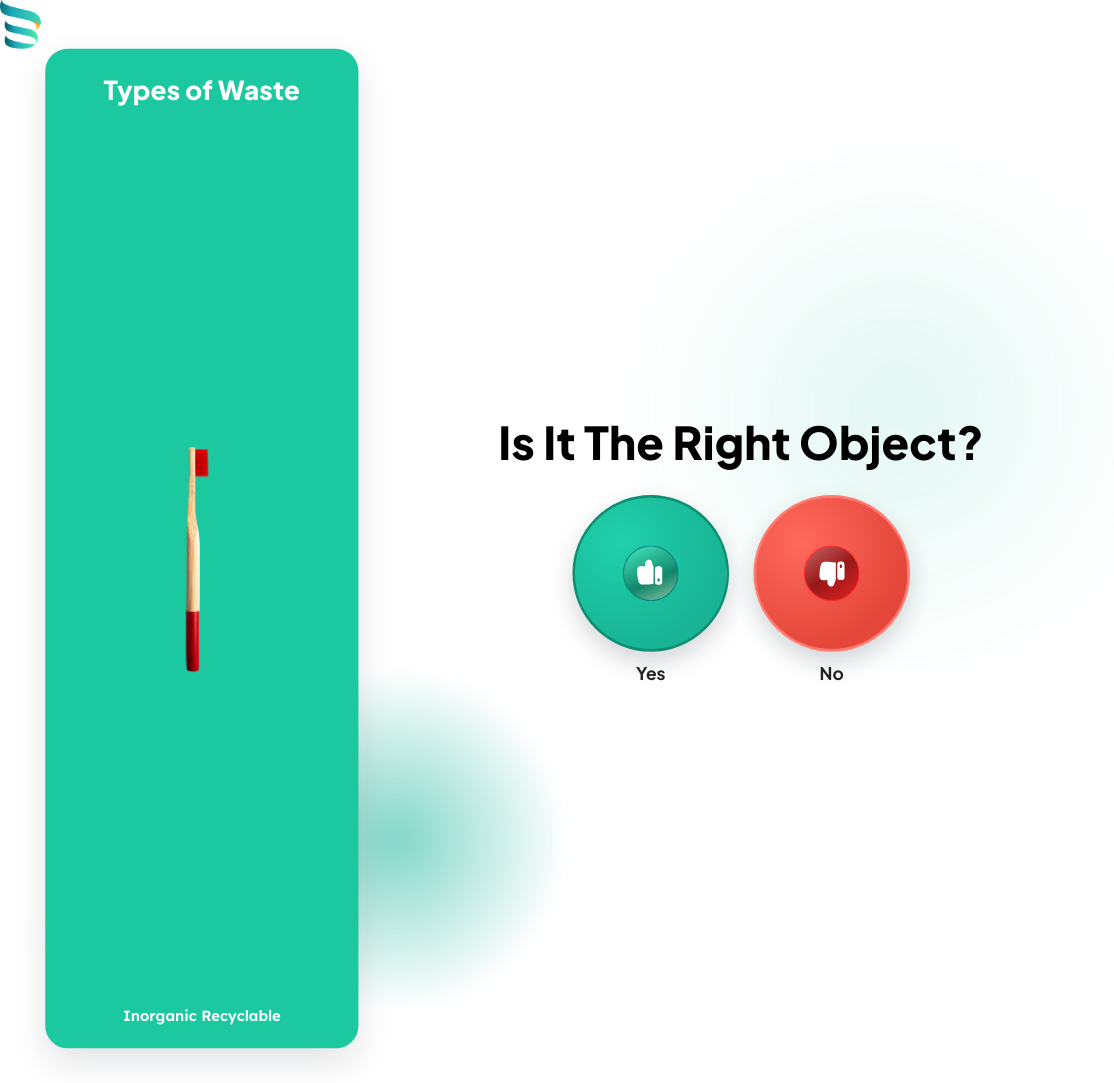
Repository: william-saputra/nusabin
Page: pages/products.html
These files come from the project's save history. The page is drawn as it stood at one moment and after the next save; the edit follows.
The browser window is 1280 px wide. The pictures show the whole page, at 87% of full size.

Above is the page before, as saved 2025-08-13 10:55:41.

### pages/products.html
<!DOCTYPE html>
<html lang="en">
  <head>
    <meta charset="UTF-8" />
    <meta name="viewport" content="width=device-width, initial-scale=1.0" />
    <title>Nusabin – Products</title>
    <link href="https://fonts.googleapis.com/css2?family=Lexend:wght@400;600;700;800&family=Plus+Jakarta+Sans:wght@600;700;800&display=swap" rel="stylesheet" />
    <link rel="stylesheet" href="../styles/base.css" />
    <link rel="stylesheet" href="../styles/pages/products.css" />
  </head>
  <body>
    <div class="products-page">
      <header class="topbar">
        <img src="../assets/images/green_logo.png" alt="Nusabin" class="logo" />
        <div class="spacer"></div>
      </header>

      <main class="products-layout container">
        <section class="left-col">
          <article class="waste-card" aria-label="Types of Waste card">
            <h2 class="card-title">Types of Waste</h2>
            <div class="waste-visual">
              <img src="../assets/images/toothbrush.png" alt="Toothbrush" class="waste-image" />
            </div>
            <div class="waste-label">Inorganic Recyclable</div>
          </article>
        </section>

        <section class="right-col">
          <h1 class="page-heading">Is It The Right Object?</h1>
          <div class="actions" role="group" aria-label="Confirmation actions">
            <div class="action">
              <button class="round-btn yes" type="button" aria-label="Yes">
                <img src="../assets/icons/yes.svg" alt="Yes" />
              </button>
              <div class="btn-caption">Yes</div>
            </div>
            <div class="action">
              <button class="round-btn no" type="button" aria-label="No">
                <img src="../assets/icons/no.svg" alt="No" />
              </button>
              <div class="btn-caption">No</div>
            </div>
          </div>
        </section>
      </main>
    </div>
  </body>
  </html>

### styles/base.css
:root {
  --bg: #f6f9f8;
  --card: #ffffff;
  --text: #0b1220;
  --muted: #6b7280;
  --primary: #1cb59b;
  --danger: #e53935;
  --warning: #ffb74d;
  --ring: rgba(28, 181, 155, 0.35);
}

* { box-sizing: border-box; }
html, body { height: 100%; }
body {
  margin: 0;
  font-family: Lexend, Inter, system-ui, -apple-system, Segoe UI, Roboto, Helvetica, Arial, "Apple Color Emoji", "Segoe UI Emoji";
  color: var(--text);
  background: radial-gradient(1200px 700px at 70% 70%, #7ed8c4 0%, #b8efe5 35%, #f6f9f8 65%) no-repeat fixed;
}

/* Generic layout */
.homepage { padding: 24px; }
.topbar { display: flex; align-items: center; gap: 16px; }
.spacer { flex: 1 1 auto; }
.logo { height: 56px; }

.theme-toggle { display: flex; align-items: center; gap: 10px; font-weight: 600; }
.theme-toggle .label { opacity: 0.9; }

/* Toggle */
.switch { position: relative; display: inline-block; width: 54px; height: 30px; }
.switch input { display: none; }
.slider { position: absolute; cursor: pointer; top: 0; left: 0; right: 0; bottom: 0; background: #111; transition: .2s; border-radius: 999px; }
.slider:before { position: absolute; content: ""; height: 22px; width: 22px; left: 4px; bottom: 4px; background: #fff; transition: .2s; border-radius: 50%; }
input:checked + .slider { background: #cdd2d6; }
input:checked + .slider:before { transform: translateX(24px); }

/* Alerts */
.alerts { display: grid; grid-template-columns: 1fr; gap: 12px; margin: 18px 0; }
.alert { display: grid; grid-template-columns: auto 1fr auto; align-items: center; gap: 12px; padding: 8px 16px; border-radius: 50px; box-shadow: 0 8px 24px rgba(0,0,0,.06); font-family: Lexend, Inter, sans-serif; border: 1px solid currentColor; }
.alert .text { font-weight: 600; letter-spacing: .2px; }
.alert .close { appearance: none; border: 0; background: transparent; cursor: pointer; opacity: 0.6; font-size: 16px; color: inherit; }
.alert.pill[data-variant="danger"] { color: #FF2828; background: #FFECEC; }
.alert.pill[data-variant="warning"] { color: #EA800E; background: #FFF2E3; }
.alert-icon { flex: 0 0 auto; width: 40px; height: 40px; }

/* Align alerts: left and right margins consistent */
.left-col .alerts, .right-panel .alerts { margin: 16px 8px; }

/* Page bottom glow circle */
.page-bottom-decor { position: fixed; left: 50%; bottom: -180px; transform: translateX(-50%); width: 1200px; height: 1200px; border-radius: 50%; background: radial-gradient(closest-side, rgba(18,184,134,0.35), rgba(18,184,134,0) 70%); filter: blur(12px); pointer-events: none; z-index: -1; }

/* Main layout */
.layout { display: grid; grid-template-columns: 1.35fr 480px; gap: 24px; align-items: start; }
.left-col { display: block; }
.left-grid { display: grid; grid-template-columns: 1.7fr 1fr; gap: 18px; }

.card { background: var(--card); border-radius: 22px; padding: 28px; box-shadow: 0 6px 20px rgba(0,0,0,.06); position: relative; overflow: hidden; }
.card::before, .card::after { content: ""; position: absolute; pointer-events: none; border-radius: 50%; filter: blur(40px); opacity: 0.9; }
.card::before { width: 260px; height: 180px; top: -70px; right: 30px; background: radial-gradient(closest-side, rgba(255,189,57,0.55), rgba(255,189,57,0) 70%); }
.card::after  { width: 220px; height: 160px; top: -50px; left: 40%; transform: translateX(-50%); background: radial-gradient(closest-side, rgba(255,225,149,0.55), rgba(255,225,149,0) 70%); }
.card-buckets { display: block; background: #E2F6EC; min-height: 460px; }
.card-bucket-single { display: block; background: #E2F6EC; min-height: 460px; }

.bucket-group { display: grid; grid-template-columns: 1fr 1fr; gap: 36px; justify-items: center; }
.bucket-item { display: grid; justify-items: center; gap: 10px; }
.bucket-svg { width: 100%; max-width: 240px; height: auto; display: block; }
.bucket-static { pointer-events: none; }

.bucket-metrics { text-align: center; }
.bucket-metrics .percent { font-weight: 800; font-size: 28px; color: #12B886; }
.bucket-metrics .percent.danger { color: #F44336; }
.bucket-metrics .liter { color: #6C757D; font-size: 16px; }

.chip { display: inline-flex; flex-direction: column; align-items: center; gap: 4px; padding: 14px 22px; border-radius: 16px; background: #fff; border: 1.5px solid #0DC798; font-size: 22px; line-height: 1.1; min-height: 52px; min-width: 240px; }
.chip span { color: #6C757D; font-weight: 500; }
.chip strong { font-weight: 700; }
.chip-positive strong { color: #12B886; }
.chip-negative strong { color: #F44336; }
.chip {
  background-image: radial-gradient(circle at 20% 20%, rgba(13, 207, 173, 0.12) 0 20%, rgba(13, 207, 173, 0) 21%),
                    radial-gradient(circle at 80% 60%, rgba(13, 207, 173, 0.12) 0 20%, rgba(13, 207, 173, 0) 21%);
  background-size: 120px 120px, 140px 140px;
}

.chip-2line { font-size: 15px; }

.right-panel { display: grid; grid-template-rows: 1fr auto; gap: 18px; }
.right-panel { background: linear-gradient(180deg, #72c9bd 0%, #3ba79b 35%, #1b6f67 100%); padding: 20px; border-radius: 16px; }
.machine-wrapper { display: grid; place-items: center; background: linear-gradient(180deg, rgba(255,255,255,0.18), rgba(255,255,255,0)); border-radius: 16px; min-height: 400px; box-shadow: inset 0 0 0 1px rgba(255,255,255,0.15); }
.machine { max-width: 100%; height: auto; object-fit: contain; transform: scale(1.3); transform-origin: center; }

.status-panel { background: transparent; border-radius: 16px; padding: 0; display: grid; gap: 16px; }
.status-row { display: flex; align-items: center; justify-content: space-between; padding: 16px 18px; border-radius: 18px; }
.status-row .label { font-weight: 600; font-size: 24px; }
.status-row.variant-dark { background: #1f3b3f; color: #ffffff; }
.status-row.variant-light { background: #ffffff; color: #111; border: 3px solid #22c3a4; box-shadow: 0 8px 24px rgba(0,0,0,.08); }
.status-pill { border-radius: 999px; padding: 10px 22px; font-weight: 600; font-size: 18px; }
.pill-open { background: #f1c24e; color: #ffffff; border: 4px solid #ffffff; box-shadow: 0 2px 0 rgba(0,0,0,.06) inset; }
.pill-on { background: #ecfffb; color: #12b89a; border: 4px solid #12b89a; }

.clickable-area { cursor: pointer; }

/* Decorative half-circle with glow on the left bottom */
.left-col { position: relative; }
.left-col::after { content: ""; position: absolute; left: 50%; transform: translateX(-10%); bottom: -40px; width: 560px; height: 560px; border-bottom-left-radius: 560px; border-bottom-right-radius: 560px; border-top-left-radius: 560px; border-top-right-radius: 560px; background: radial-gradient(closest-side, rgba(28,181,155,0.55), rgba(28,181,155,0) 70%); filter: blur(6px); z-index: -1; }
.left-col::before { content: ""; position: absolute; left: 40%; transform: translateX(-50%); bottom: 20px; width: 380px; height: 220px; border-radius: 380px 380px 0 0; background: radial-gradient(closest-side, rgba(60,220,178,0.7), rgba(60,220,178,0) 70%); filter: blur(20px); z-index: -1; }

/* Dark mode */
.dark body, body.dark { background: radial-gradient(1200px 700px at 70% 70%, #0e3c3b 0%, #0f6b61 35%, #071b1a 65%); color: #e5f6f1; }
body.dark .card, body.dark .status-panel { background: #0a1414; color: #e6f5f1; }
body.dark .chip { background: #08201c; border-color: #0f3f36; }
body.dark .bucket-metrics .percent { color: #55e3c7; }
body.dark .status-row { background: #051010; }
body.dark .status-pill { background: #0b2a26; }

/* Utilities for specific wrappers that shouldn't navigate */
.no-nav { pointer-events: auto; }

@media (max-width: 1100px) {
  .layout { grid-template-columns: 1fr; }
  .right-panel { order: -1; }
}

### styles/pages/products.css
:root{
	--bg:#ffffff;
	--teal:#1CC8A0;
	--teal-deep:#13a887;
	--teal-ring:#0f8e72;
	--red:#e4473a;
	--red-ring:#ff7a70;
	--text:#000000;
	--muted:#666666;
}

*{box-sizing:border-box}
html,body{height:100%}
body{margin:0;font-family:Lexend,system-ui,Segoe UI,Roboto,Helvetica,Arial,sans-serif;color:var(--text);background:#fff}

/* subtle bottom-right green gradient (very soft) */
.products-page{min-height:100vh;position:relative}
.products-page::after{content:"";position:fixed;right:-200px;bottom:-200px;width:900px;height:900px;border-radius:50%;background:radial-gradient(closest-side, rgba(28,200,160,0.12), rgba(28,200,160,0) 70%);filter:blur(12px);pointer-events:none;z-index:-1}

.container{max-width:1240px;margin:0 auto;padding:0 32px}

/* Layout */
.products-layout{display:grid;grid-template-columns:360px 1fr;gap:64px;align-items:center}
.left-col,.right-col{display:block}

/* Waste card */
.waste-card{background:var(--teal);color:#fff;border-radius:26px;padding:28px;box-shadow:0 16px 40px rgba(16,24,40,0.12);display:flex;flex-direction:column;min-height:540px;align-items:center}
.card-title{margin:0 0 16px;font-weight:800;font-size:30px;letter-spacing:.2px;font-family:"Plus Jakarta Sans", Lexend, system-ui, sans-serif;text-align:center}
.waste-visual{flex:1 1 auto;display:grid;place-items:center;width:100%}
.waste-image{max-height:70%;max-width:80%;height:1000px;width:auto;object-fit:contain;margin:0 auto}
.waste-label{text-align:center;font-size:17px;font-weight:600;margin-top:auto;padding-top:18px;width:100%}

/* Right column */
.page-heading{margin:0 0 28px;font-weight:800;font-size:52px;letter-spacing:.2px;text-align:center;font-family:"Plus Jakarta Sans", Lexend, system-ui, sans-serif}
.actions{display:flex;align-items:center;justify-content:center;gap:28px}
.action{display:grid;justify-items:center;gap:12px}

.round-btn{appearance:none;border:0;cursor:pointer;border-radius:999px;width:180px;height:180px;display:grid;place-items:center;box-shadow:0 12px 28px rgba(16,24,40,0.18);transition:transform .15s ease, box-shadow .15s ease}
.round-btn img{width:64px;height:64px}
.round-btn:focus{outline:3px solid rgba(0,0,0,.15);outline-offset:3px}
.round-btn:hover{transform:scale(1.03);box-shadow:0 16px 36px rgba(16,24,40,0.22)}
.round-btn:active{transform:scale(.98)}

.round-btn.yes{background:radial-gradient(circle at 30% 30%, #1fd1aa, #18b495 70%);border:3px solid var(--teal-ring)}
.round-btn.no{background:radial-gradient(circle at 30% 30%, #ff6a5d, #e4473a 70%);border:3px solid var(--red-ring)}

.btn-caption{font-size:20px;font-weight:700;color:#222;font-family:"Plus Jakarta Sans", Lexend, system-ui, sans-serif}

@media (max-width:1100px){
	.products-layout{grid-template-columns:1fr;gap:32px}
	.page-heading{font-size:44px}
	.actions{gap:22px}
	.round-btn{width:156px;height:156px}
}

After the next save:
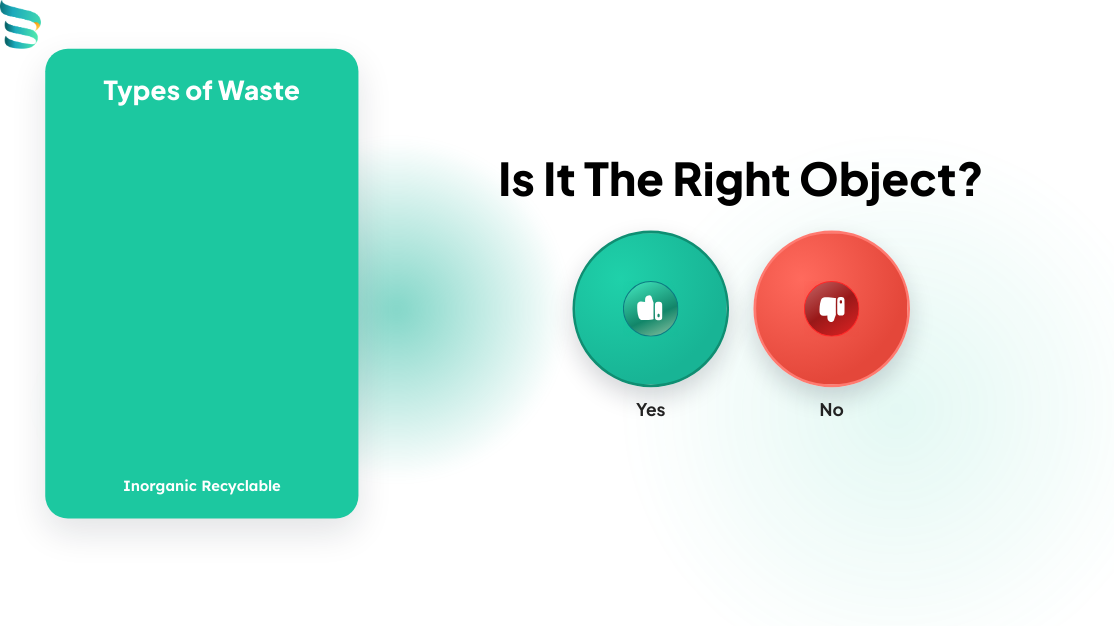
Saved 5 s later.
--- a/styles/pages/products.css
+++ b/styles/pages/products.css
@@ -27,7 +27,7 @@ body{margin:0;font-family:Lexend,system-ui,Segoe UI,Roboto,Helvetica,Arial,sans-
 .waste-card{background:var(--teal);color:#fff;border-radius:26px;padding:28px;box-shadow:0 16px 40px rgba(16,24,40,0.12);display:flex;flex-direction:column;min-height:540px;align-items:center}
 .card-title{margin:0 0 16px;font-weight:800;font-size:30px;letter-spacing:.2px;font-family:"Plus Jakarta Sans", Lexend, system-ui, sans-serif;text-align:center}
 .waste-visual{flex:1 1 auto;display:grid;place-items:center;width:100%}
-.waste-image{max-height:70%;max-width:80%;height:1000px;width:auto;object-fit:contain;margin:0 auto}
+.waste-image{max-height:70%;max-width:80%;height:00px;width:auto;object-fit:contain;margin:0 auto}
 .waste-label{text-align:center;font-size:17px;font-weight:600;margin-top:auto;padding-top:18px;width:100%}
 
 /* Right column */
